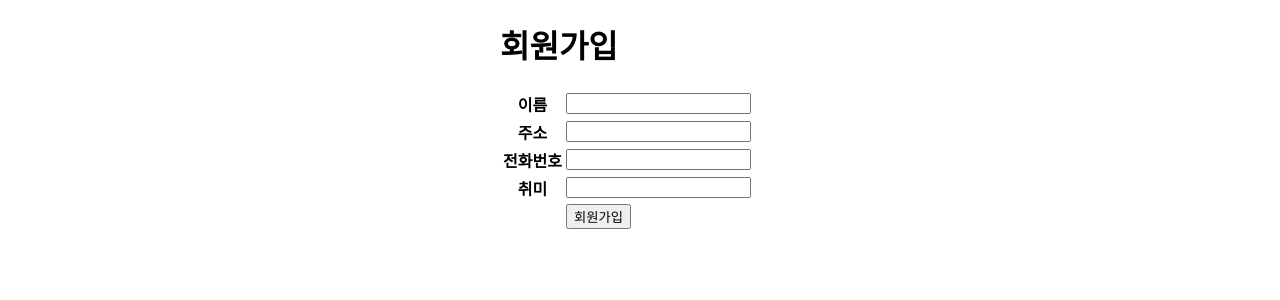
Repository: serendipity63/jsp_workspace
Page: Hello/src/main/webapp/WEB-INF/memReg.html
The author's editor kept a copy of each file at every save. The page is drawn from the files as they stood at one save, then again after the next save.
The browser window is 1280 px wide. The pictures show the whole page.

Above is the page before, as saved 2023-09-19 05:25:44.

After the next save:
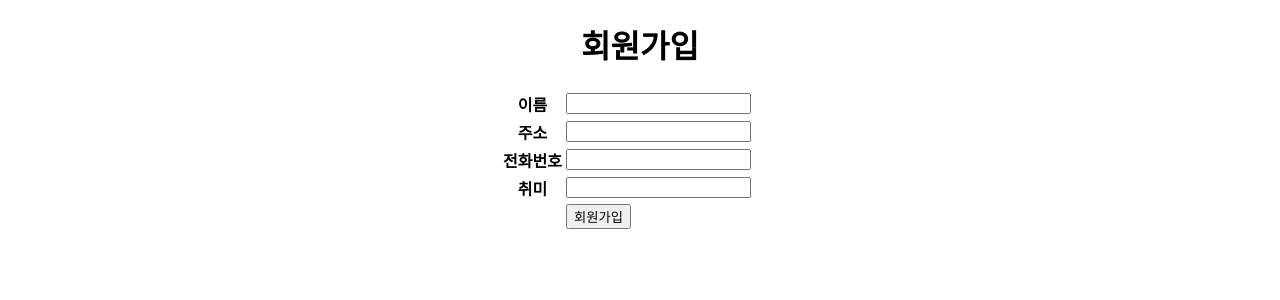
Saved 24 s later.
--- a/Hello/src/main/webapp/WEB-INF/memReg.html
+++ b/Hello/src/main/webapp/WEB-INF/memReg.html
@@ -7,8 +7,8 @@
 body{margin:auto;}
 div{
 width:280px;
-margin:auto;
-padding:auto;}
+margin:auto;}
+h1{text-align:center;}
 
 
 </style>
